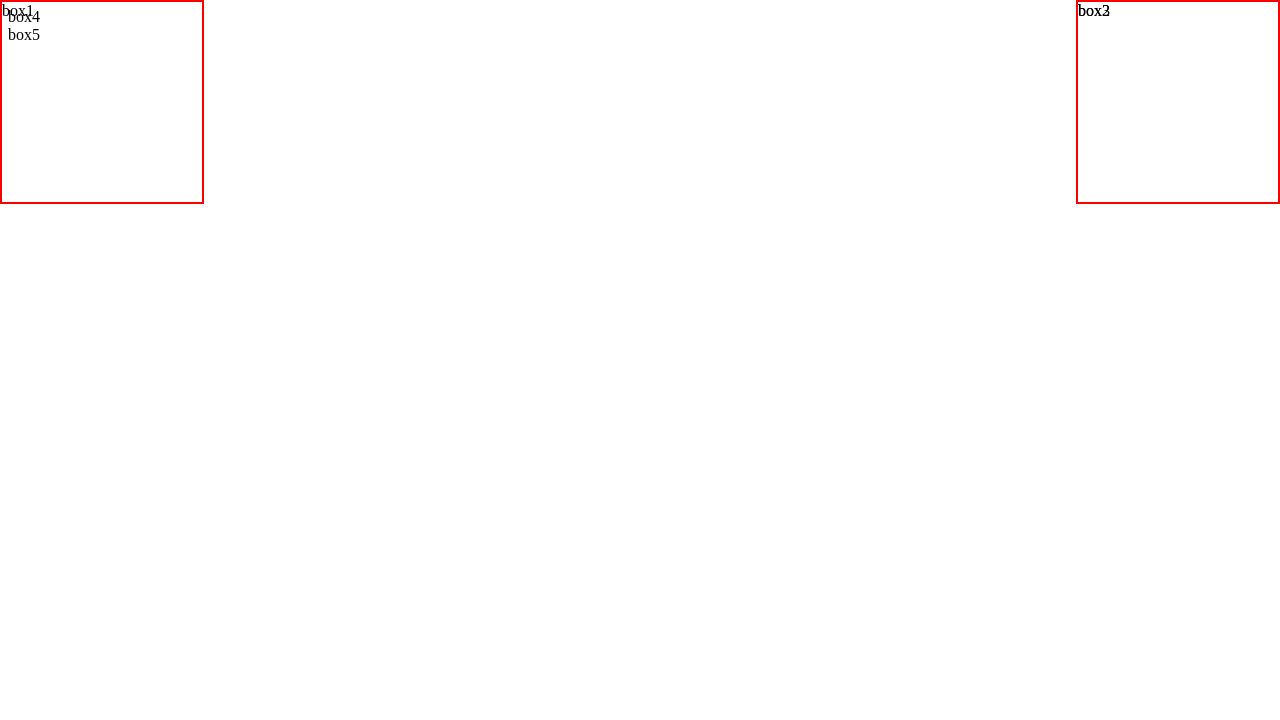
Repository: ABDUSALIMSUBAHIELBASHI/full-html-css-js
Page: Desktop/coding/css/index.html
An editor plug-in stored every save of this project. The page is shown before and after the next save, followed by the edit.
The browser window is 1280 px wide. The pictures show the whole page.

Above is the page before, as saved 2025-09-16 08:52:28.

After the next save:
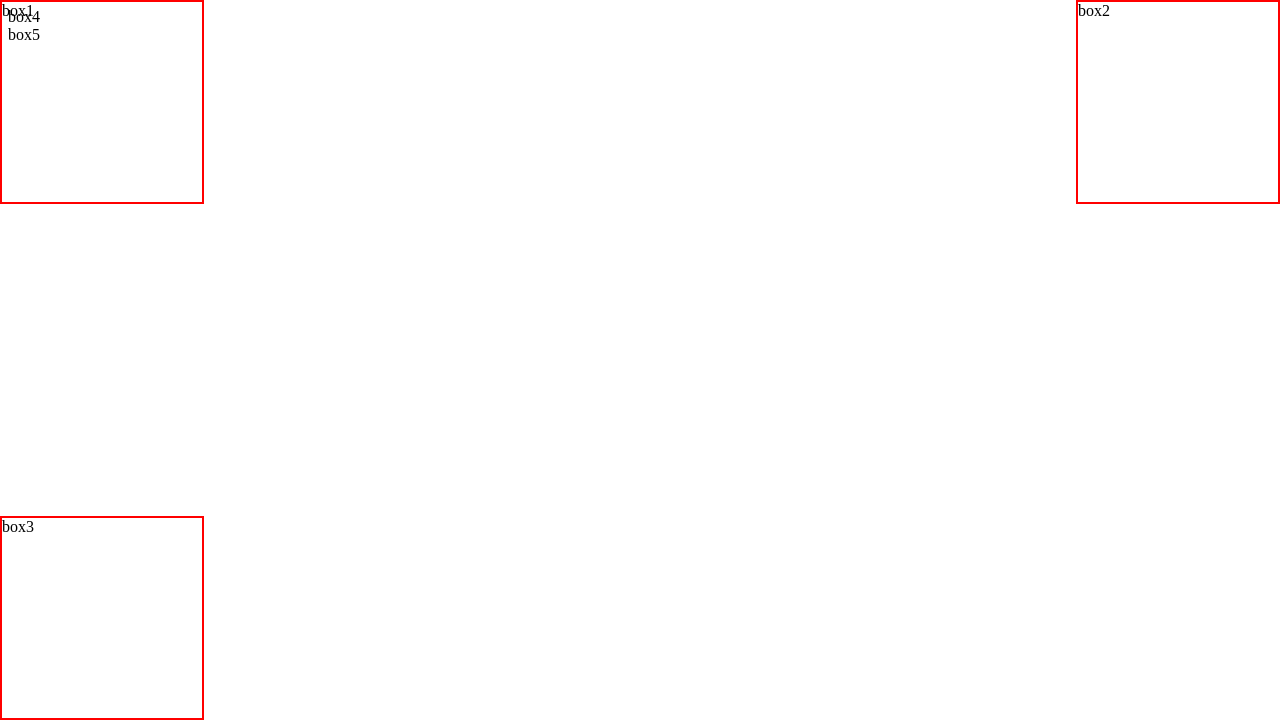
Saved 26 s later.
--- a/Desktop/coding/css/index.html
+++ b/Desktop/coding/css/index.html
@@ -23,8 +23,8 @@
            height:200px ;
            border: 2px solid red;
            position: absolute;
-           top: 0px;
-           right: 0px;
+           left: 0px;
+           bottom: 0px;
         }
     </style>
     <meta charset="UTF-8">
